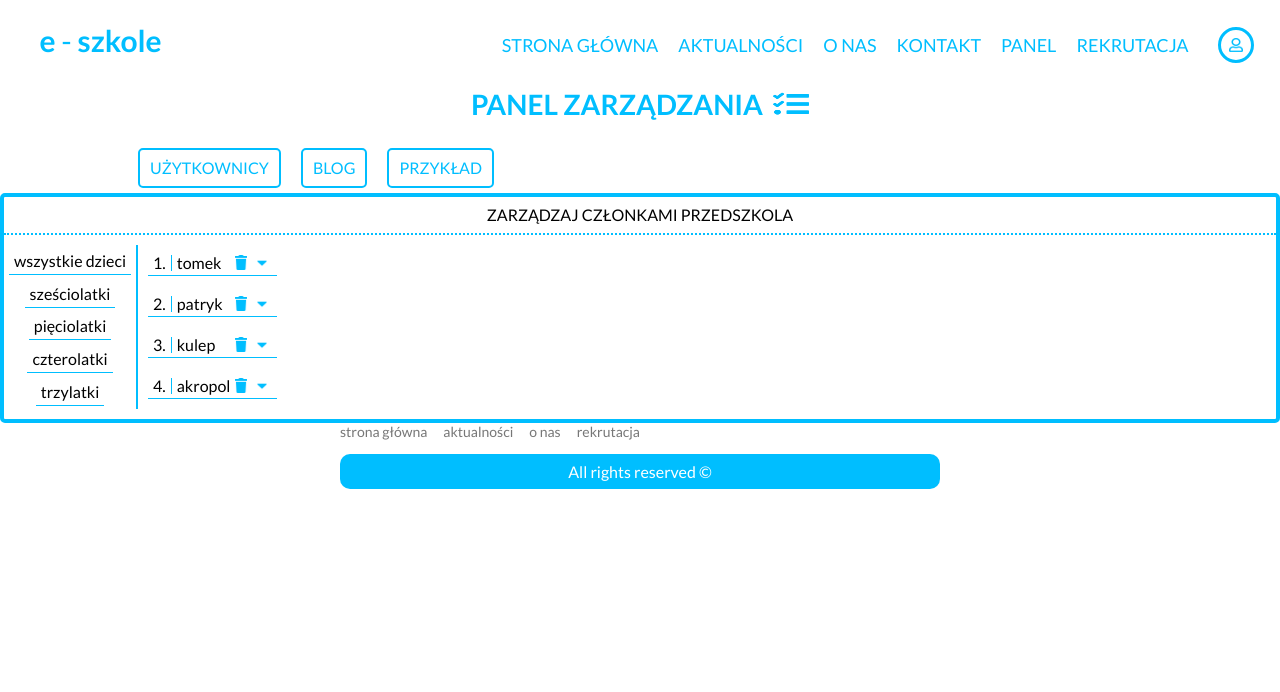
Repository: Votex874/e-szkole
Page: /panel (app in app/)
The author's editor kept a copy of each file at every save. The page is drawn from the files as they stood at one save, then again after the next save.
The browser window is 1280 px wide. The pictures show the whole page.
The project was rebuilt for these pictures with package versions that can differ from the ones it lists, and the page was loaded fresh each time. Also part of the build but not shown: app/src/components/News/Title/index.js, app/src/components/News/Content/index.js, app/src/components/News/Avatar/index.js, app/src/components/News/Footer/index.js, app/src/components/News/index.js, app/src/components/AboutUs/Content/index.js, app/src/components/AboutUs/index.js, app/src/components/Graduates/ListItem/index.js and 26 more.

Above is the page before, as saved 2019-04-04 09:44:41.

### app/src/index.js
import React from 'react';
import ReactDOM from 'react-dom';
import App from './App';
import * as serviceWorker from './serviceWorker';
import { createStore } from 'redux';
import { Provider } from 'react-redux';
import rootReducer from './reducers/rootReducer'

const store = createStore(rootReducer);

ReactDOM.render(<Provider store={store}><App /></Provider>, document.getElementById('root'));

// If you want your app to work offline and load faster, you can change
// unregister() to register() below. Note this comes with some pitfalls.
// Learn more about service workers: http://bit.ly/CRA-PWA
serviceWorker.unregister();

### app/src/App.js
import React, { Component } from 'react';
import { Route, BrowserRouter, Switch } from 'react-router-dom'
import './reset.scss'

import Home from './containers/Home/index'
import Login from './containers/Login/index'
import Contact from './containers/Contact/index'
import News from './containers/News/index'
import About from './containers/About/index'
import Recruitment from './containers/Recruitment/index'
import Panel from './containers/Panel/index'

class App extends Component {
  render() {
    return (
      <BrowserRouter>
        <Switch>
          <Route exact path='/' component={Home} />
          <Route path='/login' component={Login} />
          <Route path='/kontakt' component={Contact} />
          <Route path='/blog' component={News} />
          <Route path='/o-nas' component={About} />
          <Route path='/rekrutacja' component={Recruitment} />
          <Route path='/panel' component={Panel} />
        </Switch>
      </BrowserRouter>
    );
  }
}

export default App;

### app/src/reset.scss
html, body, div, span, applet, object, iframe,
h1, h2, h3, h4, h5, h6, p, blockquote, pre,
a, abbr, acronym, address, big, cite, code,
del, dfn, em, img, ins, kbd, q, s, samp,
small, strike, strong, sub, sup, tt, var,
b, u, i, center,
dl, dt, dd, ol, ul, li,
fieldset, form, label, legend,
table, caption, tbody, tfoot, thead, tr, th, td,
article, aside, canvas, details, embed,
figure, figcaption, footer, header, hgroup,
menu, nav, output, ruby, section, summary,
time, mark, audio, video {
	margin: 0;
	padding: 0;
	border: 0;
	font-size: 100%;
	font: inherit;
	vertical-align: baseline;
}
/* HTML5 display-role reset for older browsers */
article, aside, details, figcaption, figure,
footer, header, hgroup, menu, nav, section {
	display: block;
}
body {
	line-height: 1;
}
ol, ul {
	list-style: none;
}
blockquote, q {
	quotes: none;
}
blockquote:before, blockquote:after,
q:before, q:after {
	content: '';
	content: none;
}
table {
	border-collapse: collapse;
	border-spacing: 0;
}
@import url('https://fonts.googleapis.com/css?family=Lato:300,300i,400,400i,700&amp;subset=latin-ext');

 body {
	font-family: 'Lato', sans-serif;
 }

 a{
	 text-decoration: none;
 }

### app/src/containers/Panel/index.js
import React, { Component } from 'react'
import styled from 'styled-components'

import HeaderMain from '../../components/HeaderMain/index'
import Footer from '../../components/Footer/index'
import PanelManagement from '../../components/PanelManagement/index'

class Panel extends Component{
  render(){
    return (
      <React.Fragment>
        <HeaderMain />
        <PanelManagement />
        <Footer />
      </React.Fragment>
    )
  }
}

export default Panel

### app/src/components/HeaderMain/index.js
import React, { Component } from 'react';
import styled from 'styled-components'
import Logo from '../Logo/index'
import Navigation from '../Nav/index'
import Hamburger from '../Hamburger/index'

const Header = styled.header`
 max-width: 1400px;
 height: 100px;
 margin: 0 auto;
 display: flex;
 justify-content: space-between;
 align-items: center;
 box-sizing: border-box;
 margin-top: 15px;
 @media (max-width: 1400px){
   width: 96%;
   height: 50px;
   align-items: center;
 }
`

class HeaderMain extends Component {
  constructor(props){
    super(props)

    this.state = {
      width: 0
    }
  }

  componentDidMount = () => {
    this.updateWindowDimensions();
    window.addEventListener('resize', this.updateWindowDimensions);
  }

  componentWillUnmount = () => {
    window.removeEventListener('resize', this.updateWindowDimensions);
  }

  updateWindowDimensions = () => {
    this.setState({ width: window.innerWidth });
  }

  render() {
    const { width } = this.state;
    return (
      <Header>
        <Logo />
        { width <= 767 ? <Hamburger /> : <Navigation /> }
      </Header>
    );
  }
}

export default HeaderMain;

### app/src/components/Footer/index.js
import React, { Component } from 'react'
import styled from 'styled-components'
import FooterNav from './FooterNav/index'
import { lightBlue } from '../../constColors'

const FooterContainer = styled.footer`
  width: 600px;
  margin: 0 auto;
  @media (max-width: 767px){
    width: 100%;
  }
`

const FooterBanner = styled.div`
  background-color: ${lightBlue};
  display: flex;
  justify-content: center;
  align-items: center;
  color: #fff;
  margin: 15px auto;
  height: 35px;
  border-radius: 10px;
  @media (max-width: 767px){
    width: 100%;
    border-radius: 0;
  }
`

class Footer extends Component {
  render(){
    return (
      <FooterContainer>
        <FooterNav />
        <FooterBanner>All rights reserved &copy; </FooterBanner>
      </FooterContainer>
    )
  }
}


export default Footer

### app/src/components/PanelManagement/index.js
import React, { Component } from 'react'

import PanelOptions from '../PanelOptions/index'

class PanelManagement extends Component {
  render(){
    return (
      <React.Fragment>
        <PanelOptions />
      </React.Fragment>
    )
  }
}

export default PanelManagement

### app/src/components/Logo/index.js
import React, { Component } from 'react';
import styled from 'styled-components'
import { shineOnHover, lightBlue } from '../../constColors'
import { Link } from 'react-router-dom'

const Alink = styled.span`
  display: flex;
  flex-direction: column;
  justify-content: center;
  align-items: center;
  width: 225px;
  padding: 0 10px;
  text-decoration: none;
  font-size: 50px;
  @media (max-width: 767px) {
    width: 150px;
    height: auto;
    font-size: 28px;
    align-items: flex-start;
    justify-content: flex-start;
    padding: 0;
  }
  @media (min-width: 768px) and (max-width: 1400px) {
    width: 150px;
    font-size: 30px;
    padding: 0;
  }
  @media (min-width: 1401px){
    ${shineOnHover}
  }
`
const Span = styled.h1`
  color: ${lightBlue};
  transition: .2s;
`
const Bold = styled.b`
  font-weight: bold;
`

class Logo extends Component {
  constructor(props){
    super(props)

    this.state = {
      logoLink: '/'
    }
  }
  render() {
    const { logoLink } = this.state;
    return (
      <Link to={logoLink}>
        <Alink>
          <Span id='logo' className="logo2"><Bold>e</Bold> - <Bold>szkole</Bold></Span>
        </Alink>
      </Link>
    );
  }
}

export default Logo;

### app/src/components/Nav/index.js
import React, { Component } from 'react';
import { connect } from 'react-redux'
import styled from 'styled-components'
import SingleLink from './Link/index'
import LoginButton from './../LoginButton/index';


const Nav = styled.nav`
  display: flex;
  margin: 10px 20px 0 auto;
  @media (max-width: 767px){
    flex-direction: column;
    margin: 120px 0 0 0;
  }
`

class Navigation extends Component {

  render() {
    const { links } = this.props;
    let listOfLinks = [];
    let i = 0;
    for (const key of Object.keys(links)) {
      // console.log(key, links[key]);
      listOfLinks[i] = <SingleLink data={links[key]} key={key} />
      i++;
    }
    return (
      <React.Fragment>
        <Nav>
          {listOfLinks}
        </Nav>
        <LoginButton />
      </React.Fragment>
    );
  }
}

const mapStateToProps = (state) => {
  return {
    links: state.links
  }
}

export default connect(mapStateToProps)(Navigation);

### app/src/components/Hamburger/index.js
import React, { Component } from 'react';
import styled from 'styled-components'
import hamburgerImg from '../../images/icons/hamburger.png'
import times from '../../images/icons/times.png'
import Navigation from '../Nav/index'

const Hamburger = styled.div`
  width: 40px;
  height: 40px;
`

const HamburgerImg = styled.img`
  width: 100%;
  height: 100%;
  opacity: 1;
  transition: .4s;
  position: relative;
  z-index: 10;
`

const MobileContainer = styled.div`
  position: absolute;
  display: flex;
  flex-direction: column-reverse;
  top: 0;
  left: 0;
  width: 100vw;
  height: 100vh;
  background-color: #fff;
  opacity: .9;
  z-index: 1;
  transition: .3s;
`

class Hambuger extends Component {
  constructor(props){
    super(props)

    this.body = document.querySelector('body');

    this.state = {
      imgAlt: 'hamburgerMenuIcon',
      imgSrc: hamburgerImg,
      fade: 1,
      displayMobile: 'none'
    }
  }

  handleHamburger = () => {
    const { imgSrc } = this.state;
    setTimeout( () => {
      if (imgSrc !== hamburgerImg) {
        this.body.style.overflow = "auto";
        this.setState({
          imgSrc: hamburgerImg,
          displayMobile: 'none',
          fade: 1
        })
      } else {
        this.body.style.overflow = "hidden";
        this.setState({
          imgSrc: times,
          displayMobile: 'block',
          fade: 1
        })
      }
    }, 400)
    this.setState({
      fade: 0
    })
  }

  render() {
    const { imgAlt, imgSrc, fade, displayMobile } = this.state
    return (
      <Hamburger>
        <HamburgerImg style={{opacity: fade}} src={imgSrc} alt={imgAlt} onClick={this.handleHamburger}/>
        <MobileContainer style={{display: displayMobile}}>
          <Navigation />
        </MobileContainer>
      </Hamburger>
    );
  }
}


export default Hambuger;

### app/src/components/SectionTitle/index.js
import React from 'react'
import styled from 'styled-components'
import { lightBlue } from '../../constColors'

const HeaderTitle = styled.h2`
  color: ${lightBlue};
  font-size: 32px;
  text-transform: uppercase;
  font-weight: bold;
  text-align: center;
  @media (max-width: 767px){
    font-size: 22px;
  }
  @media (min-width: 768px) and (max-width: 1400px){
    font-size: 28px;
  }
`
const HeaderImg = styled.img`
  width: 40px;
  height: 30px;
  margin-left: 10px;
  @media(max-width: 767px){
    width: 30px;
    height: 20px;
  }
  @media (min-width: 768px) and (max-width: 1400px){
    width: 36px;
    height: 26px;
  }
`

const Header = styled.header`
  display: flex;
  justify-content: center;
  align-items: center;
  width: 90%;
  margin: 25px auto;
`

const SectionTitle = ({ title, img }) => {
  return (
    <Header>
      <HeaderTitle>{title}</HeaderTitle>
      <HeaderImg src={img} alt="ikona zespolu"/>
    </Header>
  )
}


export default SectionTitle;

### app/src/components/Footer/FooterNav/index.js
import React, { Component } from 'react'
import styled from 'styled-components'
import NavLink from './NavLink/index'
import { connect } from 'react-redux'

const NavContainer = styled.nav`
  display: flex;
  justify-content: space-between;
  width: 50%;
  @media (max-width: 767px){
    width: 90%;
    margin: 0 auto;
  }
`

class FooterNav extends Component {
  constructor(props){
    super(props)

    this.state = {
      nav: []
    }
  }
  componentDidMount = () => {
    const { links } = this.props
    let listOfNavs = [];
    let i = 0;
    for (const key of Object.keys(links)) {
      if(links[key].basic === 'true'){
        listOfNavs[i] =
          <NavLink name={links[key].name} url={links[key].url} key={key} />
        i++;
      }
    }
    this.setState({
      nav: listOfNavs
    })
  }

  render(){
    const { nav } = this.state;
    return(
      <NavContainer>
        {nav}
      </NavContainer>
    )
  }
}

const mapStateToProps = (state) => {
  return {
    links: state.links
  }
}

export default connect(mapStateToProps)(FooterNav);

### app/src/constColors.js
const brown = '#BF5000';
const greenDark = '#008723';
const greenLight = '#34BD56';
const lightBlue = '#00BEFF';
const turquoise = '#fff';
const darkBlue = '#0057AE';

const shineOnHover = `
position: relative;
    overflow: hidden;
    display: inline-block;
    border-radius: 5px;
    text-align: center;
    line-height: 50px;

  &:after {
    content: "";
    position: absolute;
    top: -110%;
    left: -210%;
    width: 200%;
    height: 200%;
    opacity: 0;
    /* transform: rotate(30deg); */

    background: rgba(0, 190, 255, 0.13);
    background: linear-gradient(
      to right,
      rgba(0, 190, 255, 0.13) 0%,
      rgba(0, 190, 255, 0.13) 77%,
      rgba(0, 190, 255, 0.5) 92%,
      rgba(0, 190, 255, 0.0) 100%
    );
  }

  &:hover:after {
    opacity: 1;
    top: -30%;
    left: -30%;
    transition-property: left, top, opacity;
    transition-duration: 0.7s, 0.7s, 0.15s;
    transition-timing-function: ease;
  }


  &:active:after {
    opacity: 0;
  }
`

export { brown, greenLight, greenDark, lightBlue, shineOnHover, turquoise, darkBlue }

### app/src/components/PanelOptions/index.js
import React, { Component } from 'react'
import styled from 'styled-components'

import PanelItem from './PanelItem/index'
import SectionTitle from '../SectionTitle'
import TaskImg from '../../images/icons/tasks.png'
import Users from './Users/index'
import { lightBlue } from '../../constColors';

const OptionsList = styled.ul`
  width: 1200px;
  margin: 0 auto;
  display: flex;
  justify-content: flex-start;
  align-items: center;
  flex-wrap: wrap;
  @media (max-width: 767px){
    width: 90%;
  }
  @media (min-width: 768px) and (max-width: 1400px){
    width: 80%;
  }
`

const ChoosenOption = styled.div`
  border: 4px solid ${lightBlue};
  border-radius: 5px;
  margin: 0 auto;
  @media(max-width: 767px){
    width: 90%;
  }
`

class PanelOptions extends Component{
  constructor(props){
    super(props)

    this.state = {
      list: ['użytkownicy', 'blog', 'przykład'],
      users: <Users />
    }
  }

  handleClick = (id) => {
    console.log(id, 'id')
  }

  render(){
    return (
      <React.Fragment>
        <SectionTitle title="Panel Zarządzania" img={TaskImg} />
        <OptionsList>
          {this.state.list.map((e,i) => {
            return <PanelItem id={i} handleClick={this.handleClick} key={i} content={e} />
          })}
        </OptionsList>
        <ChoosenOption>
          {this.state.users}
        </ChoosenOption>
      </React.Fragment>
    )
  }
}

export default PanelOptions

### app/src/components/Nav/Link/index.js
import React from 'react';
import styled from 'styled-components'
import { shineOnHover, lightBlue } from '../../../constColors'
import { Link } from 'react-router-dom'

const Alink = styled.span`
  text-decoration: none;
  color: ${lightBlue};
  margin: 10px 0;
  padding: 0 12px;
  font-size: 20px;
  text-transform: uppercase;
  text-align: center;

  @media (max-width: 767px){
    font-size: 24px;
    display: flex;
    justify-content: center;
    align-items: center;
  }
  @media (min-width: 768px) and (max-width: 1050px){
    font-size: 14px;
    margin: 10px 0;
    padding: 4px;
  }
  @media (min-width: 1051px) and (max-width: 1400px){
    font-size: 18px;
    margin: 10px 0;
    padding: 0 10px;
  }
  @media (min-width: 1401px){
    ${shineOnHover}
}
`

const SingleLink = ({ data }) => {
  const handleClick = () => {
    document.querySelector('body').style.overflow = "auto";
  }
  return (
    <Link onClick={handleClick} to={data.url}>
      <Alink>
        {data.name}
      </Alink>
    </Link>
  )
}

export default SingleLink;

### app/src/components/LoginButton/index.js
import React, { Component } from 'react';
import styled from 'styled-components'
import imgUser from '../../images/icons/loginUser.png'
import { shineOnHover, lightBlue } from '../../constColors'
import { Link } from 'react-router-dom'

const ButtonAlink = styled.span`
  width: 160px;
  height: 30px;
  font-size: 14px;
  text-transform: uppercase;
  font-weight: bold;
  text-decoration: none;
  display: flex;
  justify-content: center;
  align-items: center;
  border-radius: 20px;
  border: 3px solid ${lightBlue};
  margin-top: 10px;
  @media (max-width: 767px){
    position: absolute;
    top: 15px;
    left: 10px;
    width: 220px;
    height: 40px;
    font-size: 24px;
  }
  @media (min-width: 768px) and (max-width: 1400px){
    width: 30px;
  }
  @media (min-width: 1401px){
    ${shineOnHover}
    border-radius: 20px;
    line-height: normal;
    display: flex;
  }
`

const IconImg = styled.img`
  background-position: center;
  background-size: cover;
  background-repeat: no-repeat;
  margin-left: 15px;
  width: 14px;
  height: 14px;
  @media (max-width: 767px){
    width: 26px;
    height: 26px;
  }
  @media (min-width: 768px) and (max-width: 1400px){
    margin-left: 0;
  }
`
const SpanText = styled.span`
  color: ${lightBlue};
  @media (min-width: 768px) and (max-width: 1400px){
    display: none;
  }
`

class LoginButton extends Component {
  constructor(props){
    super(props)

    this.state = {
      loginLink: '/login'
    }
  }

  handleEnableScroll = () => {
    document.querySelector('body').style.overflow = "auto";
  }

  render() {
    const { loginLink } = this.state;
    return (
      <Link onClick={this.handleEnableScroll} to={loginLink} >
        <ButtonAlink>
          <SpanText>zaloguj się</SpanText>
          <IconImg src={imgUser} />
        </ButtonAlink>
      </Link>
    );
  }
}

export default LoginButton;

### app/src/components/Footer/FooterNav/NavLink/index.js
import React from 'react'
import styled from 'styled-components'
import { Link } from 'react-router-dom'

const Alink = styled.span`
  text-decoration: none;
  font-size: 14px;
  color: #777;
  @media (max-width: 767px){
    font-size: 12px;
  }
  @media (min-width: 768px) and (max-width: 1400px){
    font-size: 14px;
  }
`


const NavLink = ({ name, url }) => {
  return (
    <Link to={url}>
      <Alink>{name}</Alink>
    </Link>
  )
}

export default NavLink

### app/src/components/PanelOptions/PanelItem/index.js
import React, { Component } from 'react'
import styled from 'styled-components'

import { lightBlue } from '../../../constColors'

const SingleItem = styled.li`
  color: ${lightBlue};
  text-transform: uppercase;
  margin: 5px 10px;
  padding: 10px;
  border: 2px solid ${lightBlue};
  border-radius: 5px;
  @media (max-width: 767px){
    font-size: 12px;
    padding: 5px;
  }
  @media(min-width: 1400px){
    &:hover{
      color: #fff;
      background-color: ${lightBlue};
    }
  }
`

class PanelItem extends Component{

  handleClick = (id) => {
    if (typeof this.props.handleClick === 'function'){
      this.props.handleClick(id)
    }
  }

  render(){
    const { content, id } = this.props
    return (
      <React.Fragment>
        <SingleItem onClick={() => this.handleClick(id)}>{content}</SingleItem>
      </React.Fragment>
    )
  }
}

export default PanelItem

### app/src/components/PanelOptions/Users/index.js
import React, { Component } from 'react'
import styled from 'styled-components'
import { lightBlue } from '../../../constColors';

import SidebarMenuItem from '../Item/index'
import ArrowHide from '../../../images/icons/arrow-hide.png'
import ArrowShow from '../../../images/icons/arrow-show.png'
import Trash from '../../../images/icons/trash.png'

const Title = styled.h2`
  text-transform: uppercase;
  font-size: 120%;
  margin: 10px 0 0 0;
  padding-bottom: 10px;
  border-bottom: 2px dotted ${lightBlue};
  @media(max-width: 767px){
    font-size: 90%;
    text-align: center;
    border-bottom: none;
  }
  @media (min-width: 768px) and (max-width: 1399px){
    font-size: 100%;
    text-align: center;
  }
`

const UsersList = styled.ul`
  padding-left: 10px;
  @media (max-width: 767px){
    padding: 0;
  }
`

const UserItem = styled.li`
  border-bottom: 1px solid ${lightBlue};
  padding-bottom: 4px;
  margin: 10px 0;
  display: flex;
  flex-direction: column;
  @media (min-width: 768px) and (max-width: 1399px){
    margin: 20px 0;
  }
`

const Icons = styled.div`
  cursor: pointer;
  @media (max-width: 767px){
    width: 12px;
    height: 15px;
    display: flex;
    margin: 0 35px 0 auto;
  }
  @media (min-width: 768px) and (max-width: 1399px){
    width: 12px;
    height: 15px;
    display: flex;
    margin: 0 35px 0 auto;
  }
`

const Img = styled.img`
  width: 100%;
  height: 100%;
  margin: 0 5px;
`

const Id = styled.p`
  border-right: 1px solid ${lightBlue};
  padding: 0 5px;
  margin-right: 5px;
`

const MoreInfo = styled.p`
	height: 0px;
  visibility: hidden;
  transition: .5s;
  width: 0px;
`

const ContainerUserInfo = styled.div`
  display: flex;
`
const MainContainer = styled.div`
  display: flex;
  flex-direction: row;
  @media (max-width: 767px){
    flex-direction: column;
  }
`

const UserName = styled.span`
`

const SidebarMenu = styled.div`
  display: flex;
  justify-content: space-around;
  align-items: center;
  flex-wrap: wrap;
  flex-direction: column;
  margin: 10px 0;
  @media (max-width: 767px){
    border-top: 2px dotted ${lightBlue};
    border-bottom: 2px dotted ${lightBlue};
    padding: 10px 0;
    flex-direction: row;
  }
  @media (min-width: 768px) and (max-width: 1399px){
    border-right: 2px solid ${lightBlue};
  }
`

class Users extends Component{
  constructor(props){
    super(props)

    this.state = {
      sidebarItems: ['wszystkie dzieci', 'sześciolatki', 'pięciolatki', 'czterolatki', 'trzylatki'],
      users: ['tomek', 'patryk', 'kulep', 'akropol'],
      usersArray: []
    }
  }

  componentDidMount = () => {
    const { users } = this.state
    const usersList = users.map((e, i) => {
      return (
        <UserItem key={i}>
          <ContainerUserInfo>
            <Id>{i + 1}.</Id>
            <UserName>{e}</UserName>
            <Icons><Img src={Trash} /> <Img onClick={() => this.handleShowMoreInfo(i, e)} src={ArrowShow} /></Icons>
          </ContainerUserInfo>
          <MoreInfo>3213213</MoreInfo>
        </UserItem>
      )
    })
    this.setState({
      usersArray: usersList
    })
  }

  handleShowMoreInfo = (id, name) => {
    const { usersArray } = this.state
    const arrayHandler = [...usersArray];

    arrayHandler[id] = <UserItem key={id}>
      <ContainerUserInfo>
        <Id>{id + 1}.</Id>
        <UserName>{name}</UserName>
        <Icons><Img src={Trash} /> <Img onClick={() => this.handleHideMoreInfo(id, name)} src={ArrowHide} /></Icons>
      </ContainerUserInfo>
      <MoreInfo>3213213</MoreInfo>
    </UserItem>

    this.setState({
      usersArray: arrayHandler
    })

    const styleSlideUp = {
      height: 200,
      visibility: "visible",
      width: 'auto'
    }

    setTimeout(() => {
      arrayHandler[id] = <UserItem key={id}>
        <ContainerUserInfo>
          <Id>{id + 1}.</Id>
          <UserName>{name}</UserName>
          <Icons><Img src={Trash} /> <Img onClick={() => this.handleHideMoreInfo(id, name)} src={ArrowHide} /></Icons>
        </ContainerUserInfo>
        <MoreInfo style={ styleSlideUp }>3213213</MoreInfo>
      </UserItem>
      this.setState({
        usersArray: arrayHandler
      })
    }, 100)
  }

  handleHideMoreInfo = (id, name) => {
    const { usersArray } = this.state
    const arrayHandler = [...usersArray];

    arrayHandler[id] = <UserItem key={id}>
      <ContainerUserInfo>
        <Id>{id + 1}.</Id>
        <UserName>{name}</UserName>
        <Icons><Img src={Trash} /> <Img onClick={() => this.handleShowMoreInfo(id, name)} src={ArrowShow} /></Icons>
      </ContainerUserInfo>
      <MoreInfo>3213213</MoreInfo>
    </UserItem>

    this.setState({
      usersArray: arrayHandler
    })
  }

  render(){
    const { sidebarItems, usersArray } = this.state
    return (
      <React.Fragment>
        <Title>Zarządzaj członkami przedszkola</Title>
        <MainContainer>
          <SidebarMenu>
            {sidebarItems.map((e, i) => {
              return <SidebarMenuItem key={i} content={e} />
            })}
          </SidebarMenu>
          <UsersList>
            {usersArray}
          </UsersList>
        </MainContainer>
      </React.Fragment>
    )
  }
}

export default Users

### app/src/components/PanelOptions/Item/index.js
import React from 'react'
import styled from 'styled-components'
import { lightBlue } from '../../../constColors'

const Item = styled.p`
  padding: 5px;
  border-bottom: 1px solid ${lightBlue};
  margin: 0 5px;
`

const SidebarMenuItem = ({ content }) => {
  return (
    <Item>{content}</Item>
  )
}

export default SidebarMenuItem

Loaded but not shown: app/public/index.html (common file); app/src/serviceWorker.js (common file); app/src/reducers/rootReducer.js (169 lines, source omitted)

After the next save:
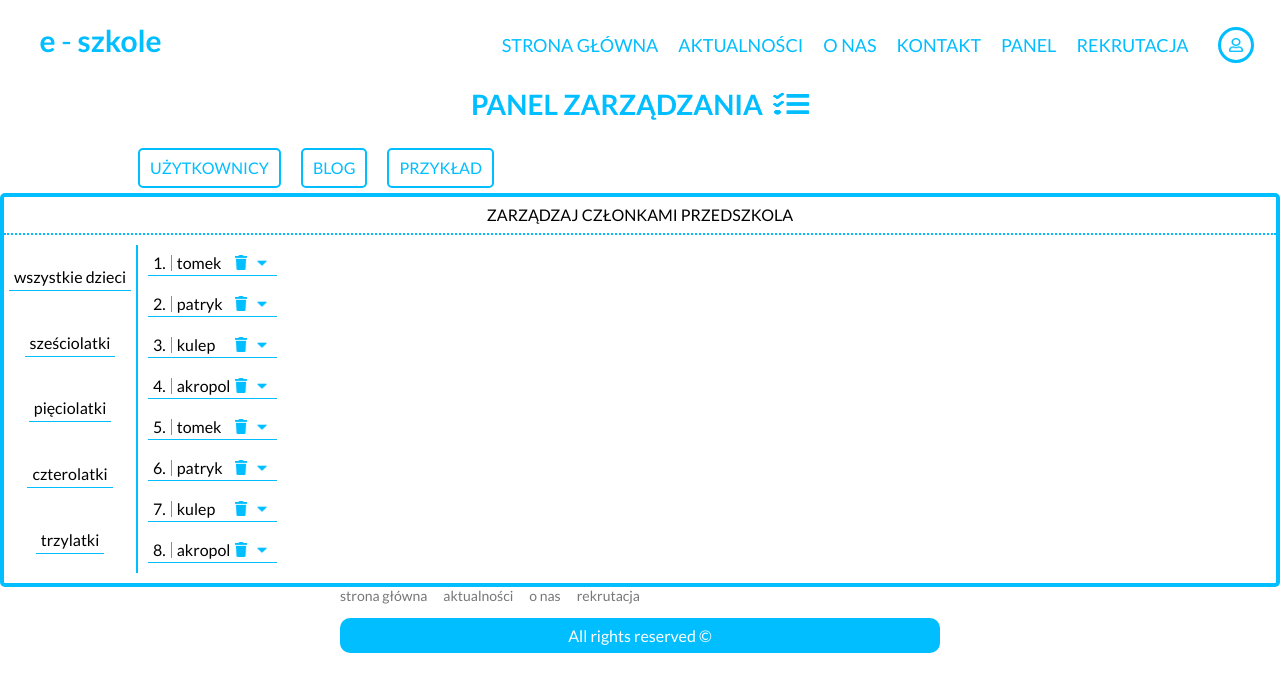
Saved 42 s later.
--- a/app/src/components/PanelOptions/Users/index.js
+++ b/app/src/components/PanelOptions/Users/index.js
@@ -115,7 +115,7 @@ class Users extends Component{
 
     this.state = {
       sidebarItems: ['wszystkie dzieci', 'sześciolatki', 'pięciolatki', 'czterolatki', 'trzylatki'],
-      users: ['tomek', 'patryk', 'kulep', 'akropol'],
+      users: ['tomek', 'patryk', 'kulep', 'akropol', 'tomek', 'patryk', 'kulep', 'akropol'],
       usersArray: []
     }
   }
